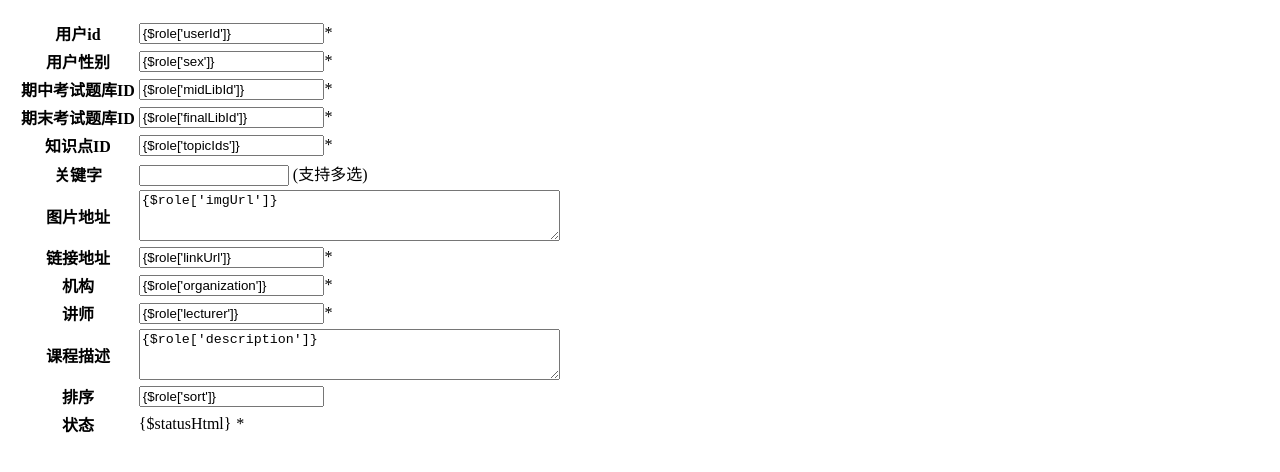
Repository: pridewu/hipi
Page: Education_dev_platform/branches/v1/Application/System/View/v1/Role/edit.html
The author's editor kept a copy of each file at every save. The page is drawn from the files as they stood at one save, then again after the next save.
The browser window is 1280 px wide. The pictures show the whole page.

Above is the page before, as saved 2014-12-05 11:22:11.

### Education_dev_platform/branches/v1/Application/System/View/v1/Role/edit.html
<form id="edit_form" method="post" style="padding:10px">
<table class="editTable">
	<tr>
		<th>用户id</th>
		<td>
			<input type="hidden" id="id" name="id" value="{$role['id']}"/>
			<input type="text" id="userId" name="userId" value="{$role['userId']}"/><em>*</em>
		</td>
	<tr>
		<th>用户性别</th>
		<td>
			<input type="text" id="sex" name="sex" value="{$role['sex']}"/><em>*</em>
		</td>
	</tr>
	<tr>
		<th>期中考试题库ID</th>
		<td>
			<input type="text" id="midLibId" name="midLibId" value="{$role['midLibId']}"/><em>*</em>
		</td>
	</tr>
	<tr>
		<th>期末考试题库ID</th>
		<td>
			<input type="text" id="finalLibId" name="finalLibId" value="{$role['finalLibId']}"/><em>*</em>
		</td>
	</tr>
	<tr>
		<th>知识点ID</th>
		<td>
			<input type="text" id="topicIds" name="topicIds" value="{$role['topicIds']}"/><em>*</em>
		</td>
	</tr>
	<tr><th>关键字</th><td>
		<input type="hidden" id="aakeys" name="keys" value="{$role['keys']}"/>
		<input id="combobox_keys"  class="easyui-combobox" data-options="valueField:'id',textField:'name'" style="width:150px" /> (支持多选)
	</td></tr>
	<tr>
		<th>图片地址</th>
		<td>
			<textarea name="imgUrl" id="imgUrl" cols="50" rows="3">{$role['imgUrl']}</textarea>
			<a href="#" class="easyui-linkbutton" iconCls="icon-add" plain="true"
				onclick="upfileDialog(1,'{$thumb}','课程图片：{$role[name]}',1,1,'#imgUrl','\r\n')"></a>
		</td>
	</tr>
	<tr>
		<th>链接地址</th>
		<td>
			<input type="text" id="linkUrl" name="linkUrl" value="{$role['linkUrl']}"/><em>*</em>
		</td>
	</tr>
	<tr>
		<th>机构</th>
		<td>
			<input type="text" id="organization" name="organization" value="{$role['organization']}"/><em>*</em>
		</td>
	</tr>
	<tr>
		<th>讲师</th>
		<td>
			<input type="text" id="lecturer" name="lecturer" value="{$role['lecturer']}"/><em>*</em>
		</td>
	</tr>
	<tr>
		<th>课程描述</th>
		<td>
			<textarea name="description" id="description" cols="50" rows="3">{$role['description']}</textarea>
		</td>
	</tr>
	<tr>
		<th>排序</th>
		<td><input type="text" id="sort" name="sort" value="{$role['sort']}"/></td>
	</tr>
	<tr><th>状态</th><td>{$statusHtml} <em>*</em></td></tr>
</table>
</form>

After the next save:
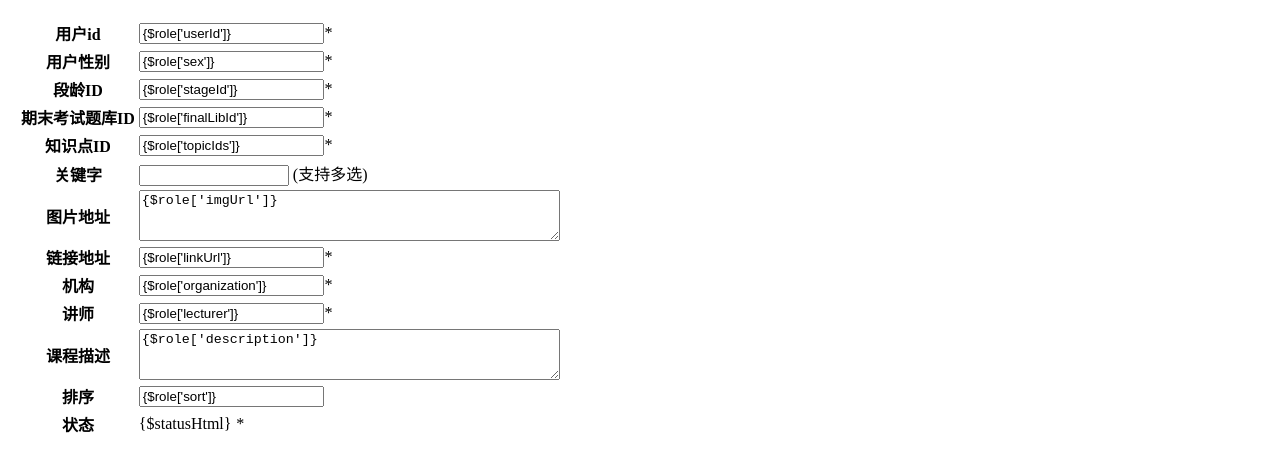
Saved 112 s later.
--- a/Education_dev_platform/branches/v1/Application/System/View/v1/Role/edit.html
+++ b/Education_dev_platform/branches/v1/Application/System/View/v1/Role/edit.html
@@ -13,9 +13,9 @@
 		</td>
 	</tr>
 	<tr>
-		<th>期中考试题库ID</th>
+		<th>段龄ID</th>
 		<td>
-			<input type="text" id="midLibId" name="midLibId" value="{$role['midLibId']}"/><em>*</em>
+			<input type="text" id="stageId" name="stageId" value="{$role['stageId']}"/><em>*</em>
 		</td>
 	</tr>
 	<tr>
